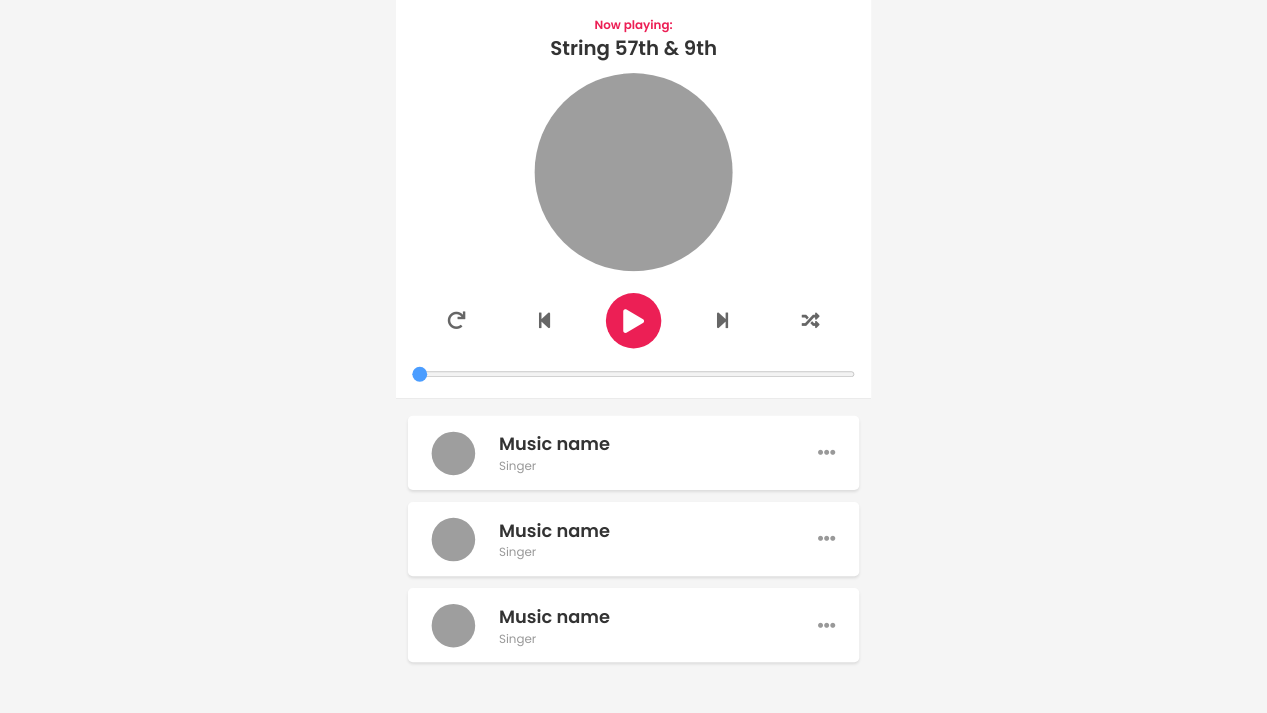
Repository: hoaphan14th/MusicPlayer
Page: index.html
These files come from the project's save history. The page is drawn as it stood at one moment and after the next save; the edit follows.
The browser window is 1280 px wide. The pictures show the whole page, at 99% of full size.
Pictures or frames that could not be fetched are drawn as grey boxes.

Above is the page before, as saved 2023-03-17 11:42:23.

### index.html
<!DOCTYPE html>
<html lang="en">
<head>
  <meta charset="UTF-8">
  <meta http-equiv="X-UA-Compatible" content="IE=edge">
  <meta name="viewport" content="width=device-width, initial-scale=1.0">
  <link rel="stylesheet" href="./assets/css/style.css">
  <title>Music player</title>
  <link rel="stylesheet" href="https://cdnjs.cloudflare.com/ajax/libs/font-awesome/5.15.2/css/all.min.css" integrity="sha512-HK5fgLBL+xu6dm/Ii3z4xhlSUyZgTT9tuc/hSrtw6uzJOvgRr2a9jyxxT1ely+B+xFAmJKVSTbpM/CuL7qxO8w==" crossorigin="anonymous" />
  <link rel="preconnect" href="https://fonts.gstatic.com">
  <link href="https://fonts.googleapis.com/css2?family=Poppins:wght@300;400;600&display=swap" rel="stylesheet">
</head>
<body>
  <div class="player">
    <!-- Dashboard -->
    <div class="dashboard">
      <!-- Header -->
      <header>
        <h4>Now playing:</h4>
        <h2>String 57th & 9th</h2>
      </header>

      <!-- CD -->
      <div class="cd">
        <div class="cd-thumb" style="background-image: url('https://i.ytimg.com/vi/jTLhQf5KJSc/maxresdefault.jpg')">
        </div>
      </div>

      <!-- Control -->
      <div class="control">
        <div class="btn btn-repeat">
          <i class="fas fa-redo"></i>
        </div>
        <div class="btn btn-prev">
          <i class="fas fa-step-backward"></i>
        </div>
        <div class="btn btn-toggle-play">
          <i class="fas fa-pause icon-pause"></i>
          <i class="fas fa-play icon-play"></i>
        </div>
        <div class="btn btn-next">
          <i class="fas fa-step-forward"></i>
        </div>
        <div class="btn btn-random">
          <i class="fas fa-random"></i>
        </div>
      </div>

      <input id="progress" class="progress" type="range" value="0" step="1" min="0" max="100">

      <audio id="audio" src=""></audio>
    </div>

    <!-- Playlist -->
    <div class="playlist">
      <div class="song">
        <div class="thumb" style="background-image: url('https://i.ytimg.com/vi/jTLhQf5KJSc/maxresdefault.jpg')">
        </div>
        <div class="body">
          <h3 class="title">Music name</h3>
          <p class="author">Singer</p>
        </div>
        <div class="option">
          <i class="fas fa-ellipsis-h"></i>
        </div>
      </div>
      <div class="song">
        <div class="thumb" style="background-image: url('https://i.ytimg.com/vi/jTLhQf5KJSc/maxresdefault.jpg')">
        </div>
        <div class="body">
          <h3 class="title">Music name</h3>
          <p class="author">Singer</p>
        </div>
        <div class="option">
          <i class="fas fa-ellipsis-h"></i>
        </div>
      </div>
      <div class="song">
        <div class="thumb" style="background-image: url('https://i.ytimg.com/vi/jTLhQf5KJSc/maxresdefault.jpg')">
        </div>
        <div class="body">
          <h3 class="title">Music name</h3>
          <p class="author">Singer</p>
        </div>
        <div class="option">
          <i class="fas fa-ellipsis-h"></i>
        </div>
      </div>
    </div>
  </div>

  <script src="main.js"></script>
</body>
</html>

### assets/css/style.css
:root {
  --primary-color: #ec1f55;
  --text-color: #333;
}

* {
  padding: 0;
  margin: 0;
  box-sizing: inherit;
}

body {
  background-color: #f5f5f5;
}

html {
  box-sizing: border-box;
  font-family: "Poppins", sans-serif;
}

.player {
  position: relative;
  max-width: 480px;
  margin: 0 auto;
}

.player .icon-pause {
  display: none;
}

.player.playing .icon-pause {
  display: inline-block;
}

.player.playing .icon-play {
  display: none;
}

.dashboard {
  padding: 16px 16px 14px;
  background-color: #fff;
  position: fixed;
  top: 0;
  width: 100%;
  max-width: 480px;
  border-bottom: 1px solid #ebebeb;
}

/* HEADER */
header {
  text-align: center;
  margin-bottom: 10px;
}

header h4 {
  color: var(--primary-color);
  font-size: 12px;
}

header h2 {
  color: var(--text-color);
  font-size: 20px;
}

/* CD */
.cd {
  display: flex;
  margin: auto;
  width: 200px;
}

.cd-thumb {
  width: 100%;
  padding-top: 100%;
  border-radius: 50%;
  background-color: #333;
  background-size: cover;
  margin: auto;
}

/* CONTROL */
.control {
  display: flex;
  align-items: center;
  justify-content: space-around;
  padding: 18px 0 8px 0;
}

.control .btn {
  color: #666;
  padding: 18px;
  font-size: 18px;
}

.control .btn.active {
  color: var(--primary-color);
}

.control .btn-toggle-play {
  width: 56px;
  height: 56px;
  border-radius: 50%;
  font-size: 24px;
  color: #fff;
  display: flex;
  align-items: center;
  justify-content: center;
  background-color: var(--primary-color);
}

.progress {
  width: 100%;
  height: 6px;
  background: #d3d3d3;
  outline: none;
  opacity: 0.7;
  -webkit-transition: 0.2s;
  transition: opacity 0.2s;
}

.progress::-webkit-slider-thumb {
  -webkit-appearance: none;
  appearance: none;
  width: 12px;
  height: 6px;
  background-color: var(--primary-color);
  cursor: pointer;
}

/* PLAYLIST */
.playlist {
  margin-top: 408px;
  padding: 12px;
}

.song {
  display: flex;
  align-items: center;
  margin-bottom: 12px;
  background-color: #fff;
  padding: 8px 16px;
  border-radius: 5px;
  box-shadow: 0 2px 3px rgba(0, 0, 0, 0.1);
}

.song.active {
  background-color: var(--primary-color);
}

.song:active {
  opacity: 0.8;
}

.song.active .option,
.song.active .author,
.song.active .title {
  color: #fff;
}

.song .thumb {
  width: 44px;
  height: 44px;
  border-radius: 50%;
  background-size: cover;
  margin: 0 8px;
}

.song .body {
  flex: 1;
  padding: 0 16px;
}

.song .title {
  font-size: 18px;
  color: var(--text-color);
}

.song .author {
  font-size: 12px;
  color: #999;
}

.song .option {
  padding: 16px 8px;
  color: #999;
  font-size: 18px;
}

### main.js
const $ = document.querySelector.bind(document);
const $$ = document.querySelectorAll.bind(document);

const app = {
    songs: [
        {
            name: 'Cuối Cùng Thì',
            singer: 'J97',
            path: './assets/music/Z6UD089Z.320.zmp3',
            image: './assets/img/CuoiCungThi.jpg'
        },
        {
            name: 'Khuất Lối',
            singer: 'H-KRay',
            path: './assets/music/Z6Z0B7I0.320.zmp3',
            image: './assets/img/KhuatLoi.jpg'
        },
        {
            name: 'Kỳ Vọng Sai Lầm',
            singer: 'Tăng Phúc, Nguyễn Đình Vũ',
            path: './assets/music/Z6I77FCW.320.zmp3',
            image: './assets/img/KyVongSaiLam.jpg'
        },
        {
            name: 'Hồng Nhan',
            singer: 'Jack, K-ICM',
            path: './assets/music/ZWABIIDC.320.zmp3',
            image: './assets/img/HongNhan.jpg'
        },
        {
            name: 'Tòng Phu',
            singer: 'KeyO',
            path: './assets/music/ZZFDIEB6.320.zmp3',
            image: './assets/img/TongPhu.jpg'
        },
        {
            name: 'Có Chơi Có Chịu',
            singer: 'Karik',
            path: './assets/music/Z6I760F9.320.zmp3',
            image: './assets/img/CoChoiCoChiu.jpeg'
        }
    ],

    render: function() {
        const htmls = this.songs.map(song => {
            return `
            <div class="song">
                <div class="thumb" style="background-image: url('${song.image}')">
                </div>
                <div class="body">
                    <h3 class="title">${song.name}</h3>
                    <p class="author">${song.singer}</p>
                </div>
                <div class="option">
                    <i class="fas fa-ellipsis-h"></i>
                </div>
            </div>
            `
        });
    },

    start: function() {
        this.render();
    }
}

app.start();

After the next save:
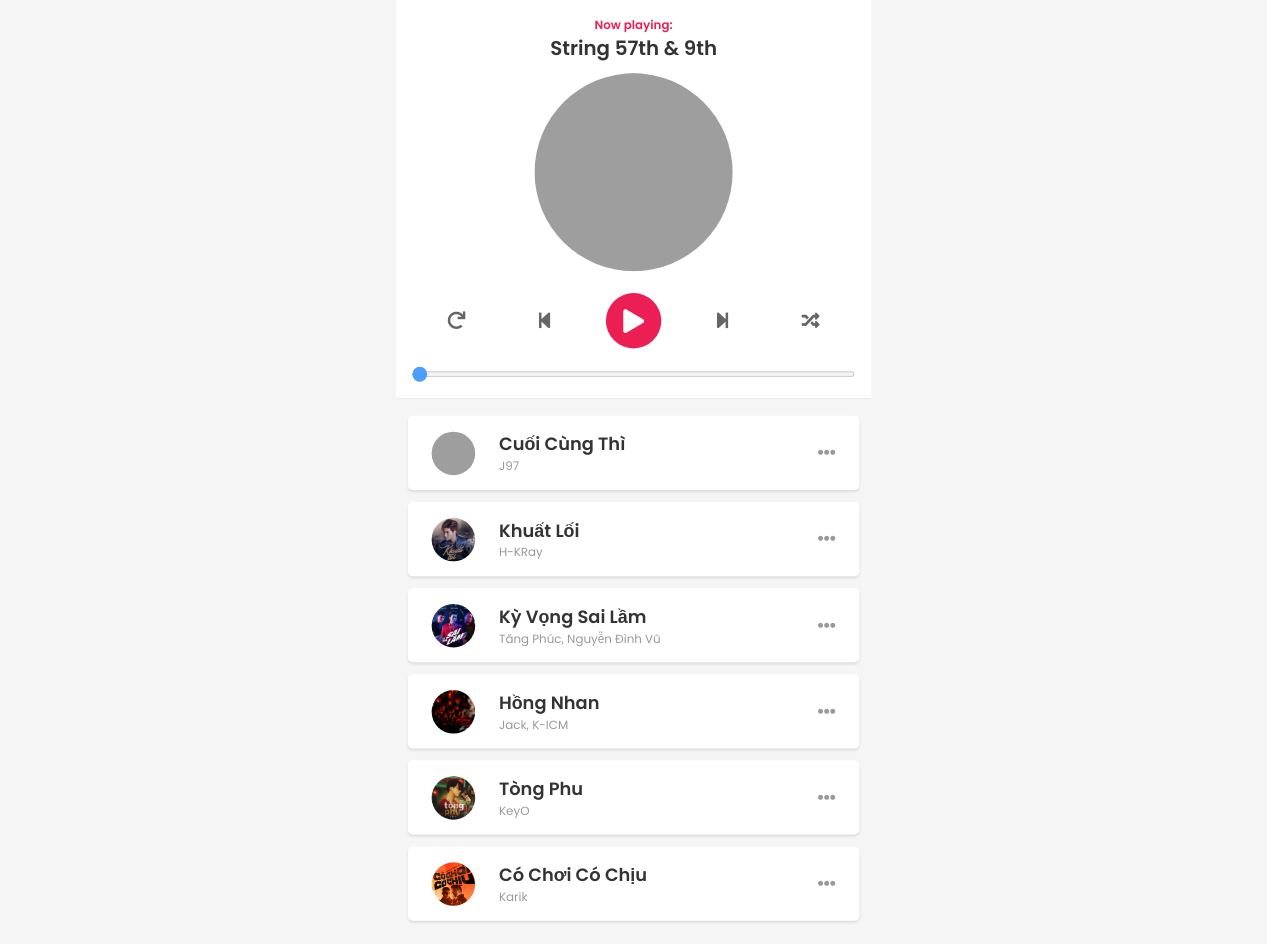
Saved 48 s later.
--- a/main.js
+++ b/main.js
@@ -57,6 +57,8 @@ const app = {
             </div>
             `
         });
+
+        $('.playlist').innerHTML = htmls.join('');
     },
 
     start: function() {
